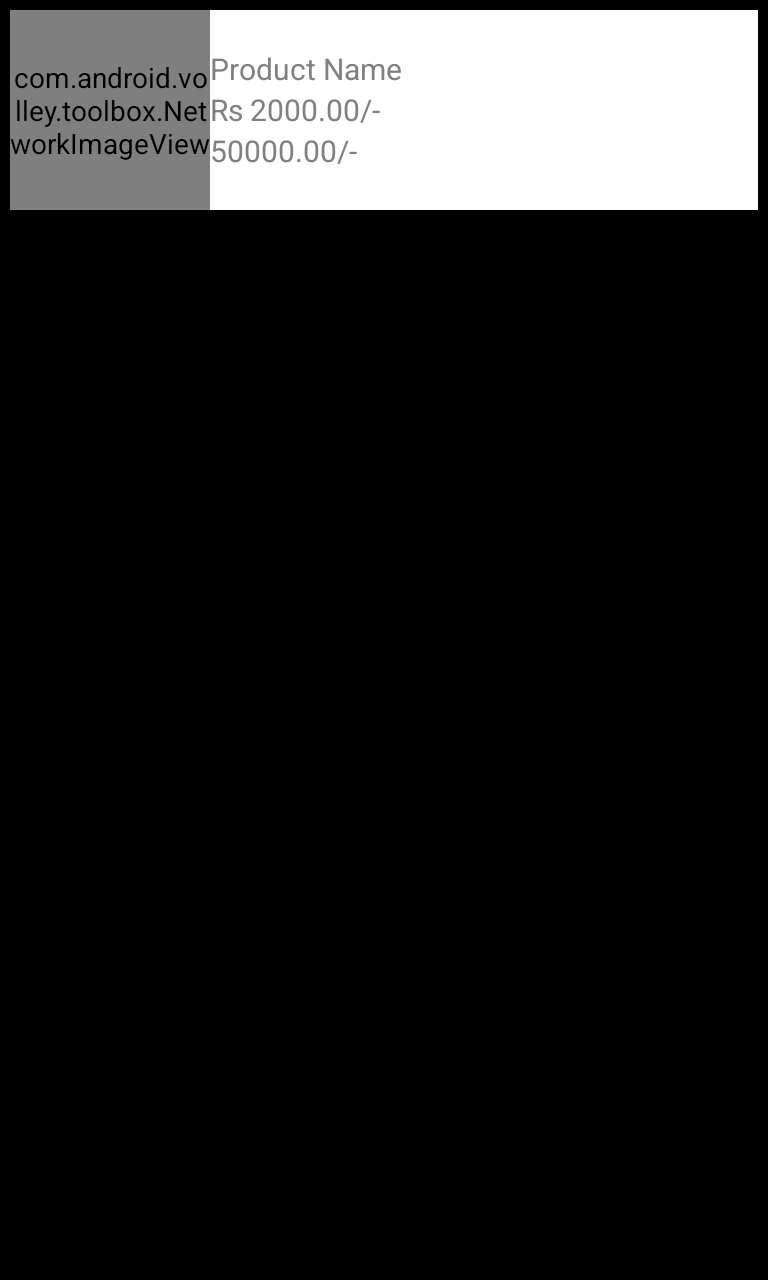
Repository: thisisdemo333/BigDiscount
Layout: BigDiscounts/res/layout/view_lv_search_list.xml
An editor plug-in stored every save of this project. The layout is shown before and after the next save, followed by the edit.
Pictures or frames that could not be fetched are drawn as grey boxes. It is drawn on a 768 x 1280 px phone screen (xhdpi) without system bars, with theme AppTheme; the app's code is not run.

Above is the layout before, as saved 2015-05-10 16:36:04.

After the next save:
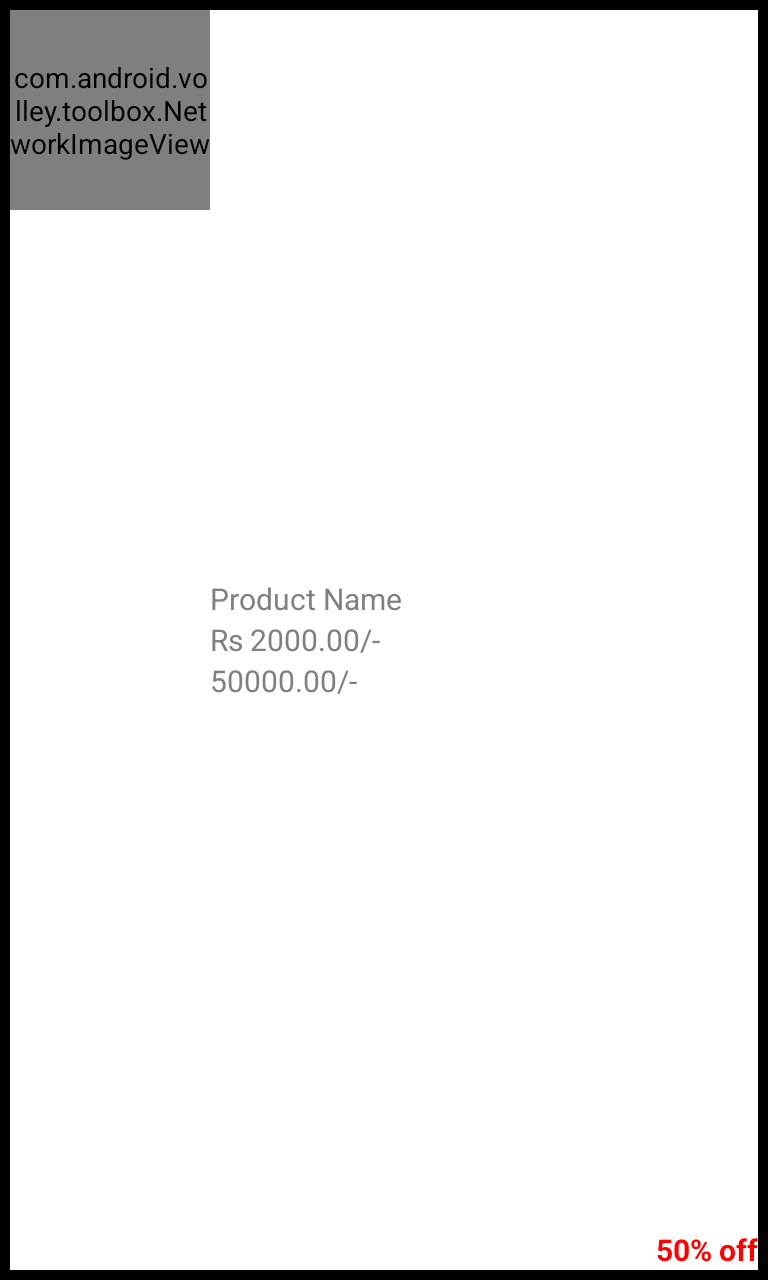
Saved 74 s later.
--- a/BigDiscounts/res/layout/view_lv_search_list.xml
+++ b/BigDiscounts/res/layout/view_lv_search_list.xml
@@ -37,9 +37,9 @@
         <LinearLayout
             android:layout_width="wrap_content"
             android:layout_height="wrap_content"
+            android:layout_centerVertical="true"
             android:layout_toRightOf="@+id/image_loader"
-            android:orientation="vertical"
-           	android:layout_centerVertical="true" >
+            android:orientation="vertical" >
 
             <TextView
                 android:id="@+id/tv_product_name"
@@ -67,19 +67,16 @@
                 android:textSize="@dimen/medium_text_size" />
         </LinearLayout>
 
-        <!-- <TextView -->
-        <!-- android:id="@+id/tv_product_offer" -->
-        <!-- android:layout_width="wrap_content" -->
-        <!-- android:layout_height="wrap_content" -->
-        <!-- android:layout_alignParentRight="true" -->
-        <!-- android:layout_below="@+id/tv_product_name" -->
-        <!-- android:layout_marginRight="@dimen/margin_2dp" -->
-        <!-- android:gravity="right" -->
-        <!-- android:padding="@dimen/padding_2dp" -->
-        <!-- android:text="50% off" -->
-        <!-- android:textColor="@color/red" -->
-        <!-- android:textSize="@dimen/medium_text_size" -->
-        <!-- android:textStyle="bold" /> -->
+        <TextView
+            android:id="@+id/tv_product_offer"
+            android:layout_width="wrap_content"
+            android:layout_height="wrap_content"
+            android:layout_alignParentRight="true"
+            android:text="50% off"
+            android:textColor="@color/red"
+            android:textSize="@dimen/medium_text_size"
+            android:layout_alignParentBottom="true"
+            android:textStyle="bold" />
     </RelativeLayout>
 
 </LinearLayout>
